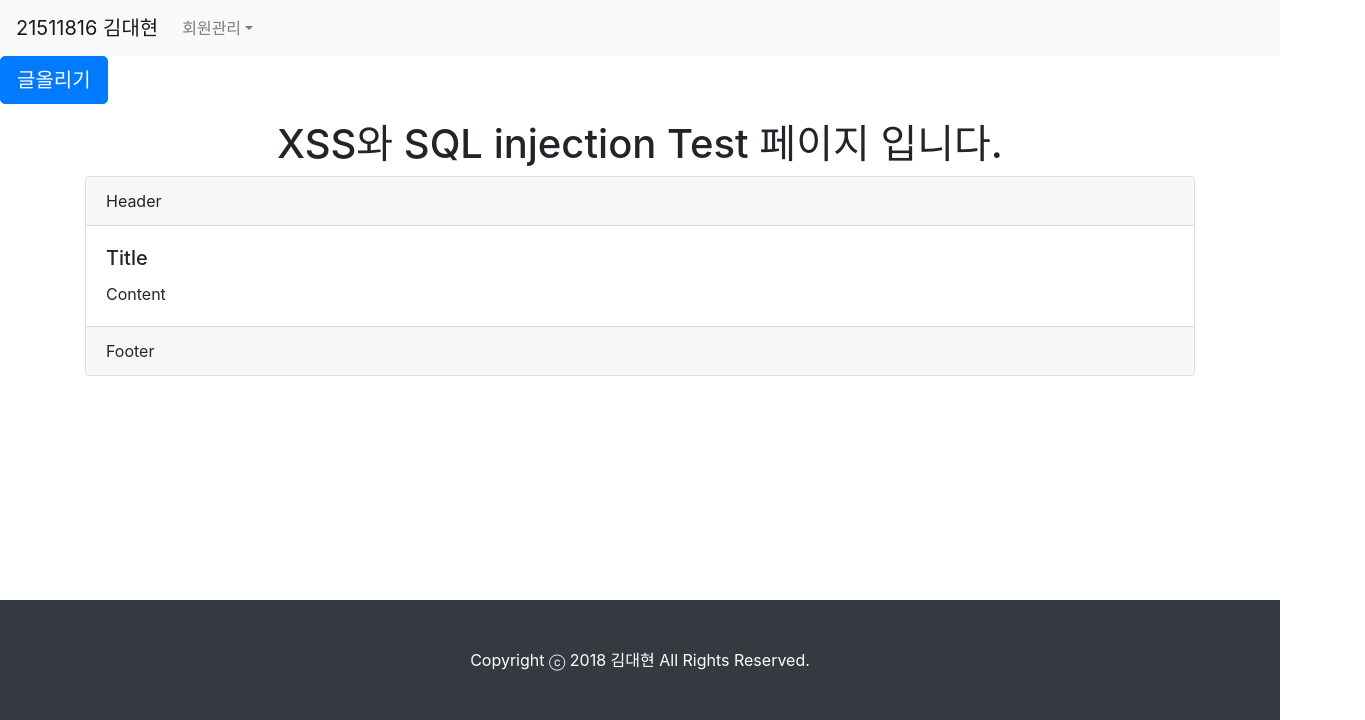
Repository: zereight/XSS-attack-SQL-Injection
Page: http://localhost/jsp_SQL_injection_victim/
The author's editor kept a copy of each file at every save. The page is drawn from the files as they stood at one save, then again after the next save.
The browser window is 1280 px wide. The page is 1280 px wide, then 1365 px, so the pictures cover 1365 px, including what lies to the right of the window. The pictures show the whole page.
The page is served by Tomcat 9. Other server files are loaded and not shown. Queries for data that is not in the repository find no rows.

Above is the page before, as saved 2019-03-26 15:11:06.

### jsp_SQL_injection_victim/WebContent/index.jsp
<%@page import="posts.PostsDAO"%>
<%@page import="posts.PostsDTO"%>
<%@page import="java.util.ArrayList"%>
<%@ page language="java" contentType="text/html; charset=UTF-8"
    pageEncoding="UTF-8"%>
<!doctype html>
<html lang="en">
  <head>
    <!-- Required meta tags -->
    <meta charset="utf-8">
    <meta name="viewport" content="width=device-width, initial-scale=1, shrink-to-fit=no">

    <!-- Bootstrap CSS -->
    <link rel="stylesheet" href="https://stackpath.bootstrapcdn.com/bootstrap/4.3.1/css/bootstrap.min.css" integrity="sha384-ggOyR0iXCbMQv3Xipma34MD+dH/1fQ784/j6cY/iJTQUOhcWr7x9JvoRxT2MZw1T" crossorigin="anonymous">

    <title>XSS와 SQL injection Test</title>
  </head>
  <body>

<%
	request.setCharacterEncoding("UTF-8");
	if( session.getAttribute("userId") != null ){

	}
%>

    <nav class="navbar navbar-expand-lg navbar-light bg-light">
        <a class="navbar-brand" href="./index.jsp">21511816 김대현</a>
        <button class="navbar-toggler hidden-lg-up" type="button" data-toggle="collapse" data-target="#collapsibleNavId" aria-controls="collapsibleNavId"
            aria-expanded="false" aria-label="Toggle navigation"></button>
        <div class="collapse navbar-collapse" id="collapsibleNavId">
          <ul class="navbar-nav mr-auto mt-2 mt-lg-0">
            <li class="nav-item dropdown">
              <a class="nav-link dropdown-toggle" href="#" id="dropdownId" data-toggle="dropdown" aria-haspopup="true" aria-expanded="false">회원관리</a>
              <div class="dropdown-menu" aria-labelledby="dropdownId">
                <a class="dropdown-item" href="./userLogin.jsp">Login</a>
                <a class="dropdown-item" href="./userRegister.jsp">Register</a>
                <a class="dropdown-item" href="./logout.jsp">Logout</a>
              </div>
            </li>
          </ul>

        </div>
      </nav>

	<!-- Button trigger modal -->
      <button type="button" class="btn btn-primary btn-lg" data-toggle="modal" data-target="#registerPosts">
        	글올리기
      </button>

      <!-- Modal -->
      <div class="modal fade" id="registerPosts" tabindex="-1" role="dialog" aria-labelledby="modelTitleId" aria-hidden="true">
        <div class="modal-dialog" role="document">
          <div class="modal-content">
              <div class="modal-header">
                  <h5 class="modal-title">글올리기</h5>
                    <button type="button" class="close" data-dismiss="modal" aria-label="Close">
                      <span aria-hidden="true">&times;</span>
                    </button>
                </div>
	                <form method="post" action="./registerPostsAction.jsp">
	                  <div class="modal-body">
	                    <div class="form-group">
	                      <label>제목</label>
	                      <input type="text" class="form-control" name="postsTitle" id="" aria-describedby="helpId" placeholder="제목을 입력하세요.">
	                    </div>
	                    <div class="form-group">
	                      <label>내용</label>
	                      <textarea class="form-control" name="postsContent" id="" aria-describedby="helpId" placeholder="내용을 입력하세요." style="height: 200px;"></textarea>
	                    </div>
	                  </div>
	                  <div class="modal-footer">
	                    <button type="button" class="btn btn-secondary" data-dismiss="modal">Close</button>
	                    <button type="submit" class="btn btn-primary">Save</button>
	                  </div>
	            	 </form>
          </div>
        </div>
      </div>

    <div class="container my-3">
        <h1 class="text-center">XSS와 SQL injection Test 페이지 입니다.</h1>

<%
	ArrayList<PostsDTO> postsList = new PostsDAO().getList();
%>
        <div class="card">
            <div class="card-header">
                Header
            </div>
            <div class="card-body">
                <h5 class="card-title">Title</h5>
                <p class="card-text">Content</p>
            </div>
            <div class="card-footer">
                Footer
            </div>
        </div>

    </div>

    <footer class="bg-dark mt-4 p-5 text-center" style="color: white; position: absolute; bottom:0; width:100%;">

            Copyright ⓒ 2018 김대현 All Rights Reserved.

    </footer>

    <!-- Optional JavaScript -->
    <!-- jQuery first, then Popper.js, then Bootstrap JS -->
    <script src="https://code.jquery.com/jquery-3.3.1.slim.min.js" integrity="sha384-q8i/X+965DzO0rT7abK41JStQIAqVgRVzpbzo5smXKp4YfRvH+8abtTE1Pi6jizo" crossorigin="anonymous"></script>
    <script src="https://cdnjs.cloudflare.com/ajax/libs/popper.js/1.14.7/umd/popper.min.js" integrity="sha384-UO2eT0CpHqdSJQ6hJty5KVphtPhzWj9WO1clHTMGa3JDZwrnQq4sF86dIHNDz0W1" crossorigin="anonymous"></script>
    <script src="https://stackpath.bootstrapcdn.com/bootstrap/4.3.1/js/bootstrap.min.js" integrity="sha384-JjSmVgyd0p3pXB1rRibZUAYoIIy6OrQ6VrjIEaFf/nJGzIxFDsf4x0xIM+B07jRM" crossorigin="anonymous"></script>
  </body>
</html>

### jsp_SQL_injection_victim/src/posts/PostsDAO.java
package posts;

import java.sql.Connection;
import java.sql.ResultSet;
import java.sql.Statement;
import java.util.ArrayList;

import util.DatabaseUtil;


public class PostsDAO {

	public int registPosts(PostsDTO dto) {
		Connection conn = null;
		Statement stmt = null;

		try {

			conn = DatabaseUtil.getConnection();
			stmt = conn.createStatement();
			//return stmt.executeUpdate("INSERT INTO POSTS VALUES (0" +"'"+dto.getPostsTitle()+"'"+
			//		"'"+dto.getPostsContent()+"',"+"'"+dto.getUserId()+"')" );
			return stmt.executeUpdate("INSERT INTO POSTS VALUES(" +dto.getPostsId()+
					",'"+dto.getPostsTitle()+"'" + ","+ "'"+dto.getPostsContent()+"'"+
					","+ "'"+dto.getUserId()+"'"+")");

		}catch (Exception e) {
			e.printStackTrace();
		}finally {
			try {if( conn != null ) {conn.close();}	} catch (Exception e2) {e2.printStackTrace();}
			try {if( stmt != null ) {stmt.close();}	} catch (Exception e2) {e2.printStackTrace();}

		}

		return -1;
	}

	public ArrayList<PostsDTO> getList(){

		ArrayList<PostsDTO> postsList = null;

		Connection conn = null;
		Statement stmt = null;
		ResultSet res = null;

		try {
			postsList = new ArrayList<PostsDTO>();
			conn = DatabaseUtil.getConnection();
			stmt = conn.createStatement();

			res= stmt.executeQuery(
					"SELECT * FROM POSTS ORDER BY postsId DESC"
					);
			while(res.next()) {
				PostsDTO dto = new PostsDTO(res.getInt(1), res.getString(2),
						res.getString(3), res.getString(4));
				postsList.add(dto);
			}

			return postsList;

		}catch (Exception e) {
			e.printStackTrace();
		}finally {
			try {if( conn != null ) {conn.close();}	} catch (Exception e2) {e2.printStackTrace();}
			try {if( stmt != null ) {stmt.close();}	} catch (Exception e2) {e2.printStackTrace();}
			try {if( res != null ) {res.close();}	} catch (Exception e2) {e2.printStackTrace();}

		}

		return null;
	}

}

### jsp_SQL_injection_victim/src/util/DatabaseUtil.java
package util;

import java.sql.Connection;
import java.sql.DriverManager;

public class DatabaseUtil {

	public static Connection getConnection() {
		try {

			String dbUrl = "jdbc:mysql://localhost:3306/securityTest?characterEncoding=UTF-8&serverTimezone=UTC";
			String dbId = "root";
			String dbPw = "root";

			Class.forName("com.mysql.cj.jdbc.Driver");

			return DriverManager.getConnection(dbUrl,dbId,dbPw);

		} catch (Exception e) {
			e.printStackTrace();
		}

		return null;
	}

}

After the next save:
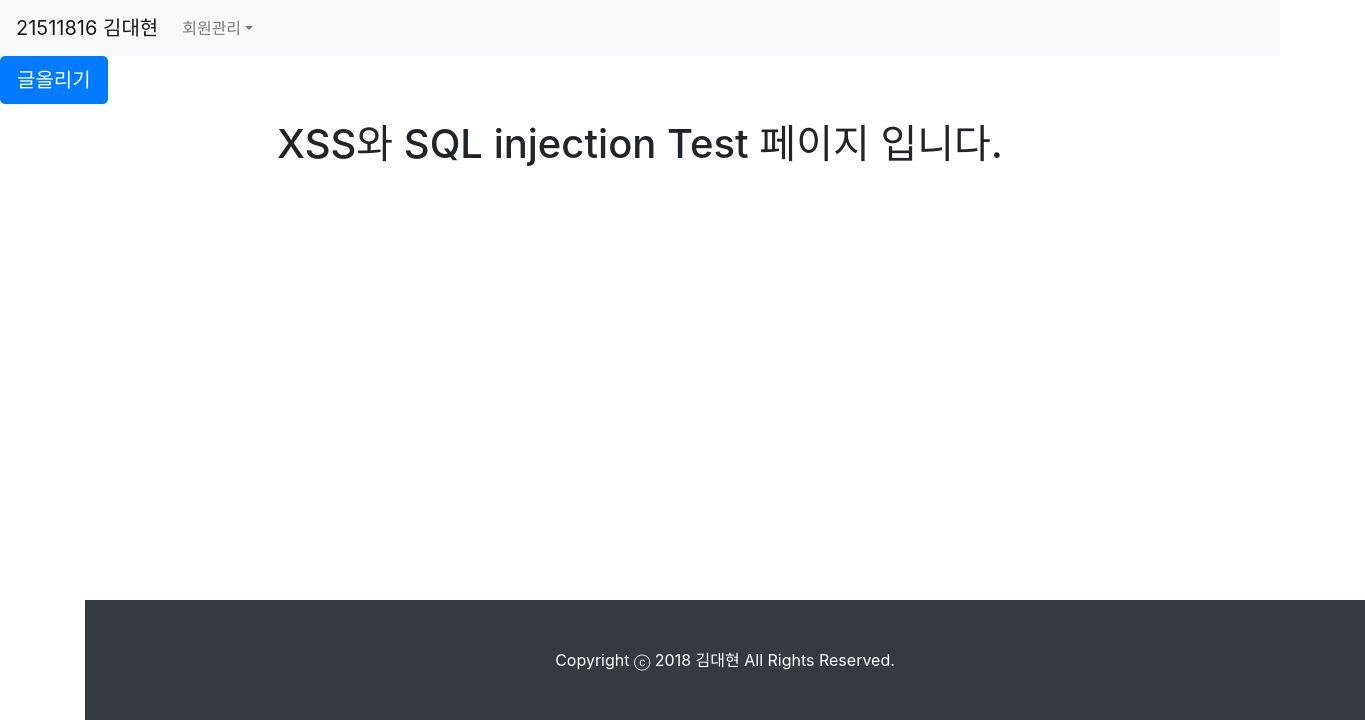
Saved 97 s later.
--- a/jsp_SQL_injection_victim/WebContent/index.jsp
+++ b/jsp_SQL_injection_victim/WebContent/index.jsp
@@ -83,6 +83,10 @@
 
 <%
 	ArrayList<PostsDTO> postsList = new PostsDAO().getList();
+	if(postsList != null){
+		for(int i=0; i< postsList.size(); i++){
+
+
 %>
         <div class="card">
             <div class="card-header">
@@ -98,7 +102,10 @@
         </div>
 
     </div>
-
+<%
+		}
+	}
+%>
     <footer class="bg-dark mt-4 p-5 text-center" style="color: white; position: absolute; bottom:0; width:100%;">
 
             Copyright ⓒ 2018 김대현 All Rights Reserved.
